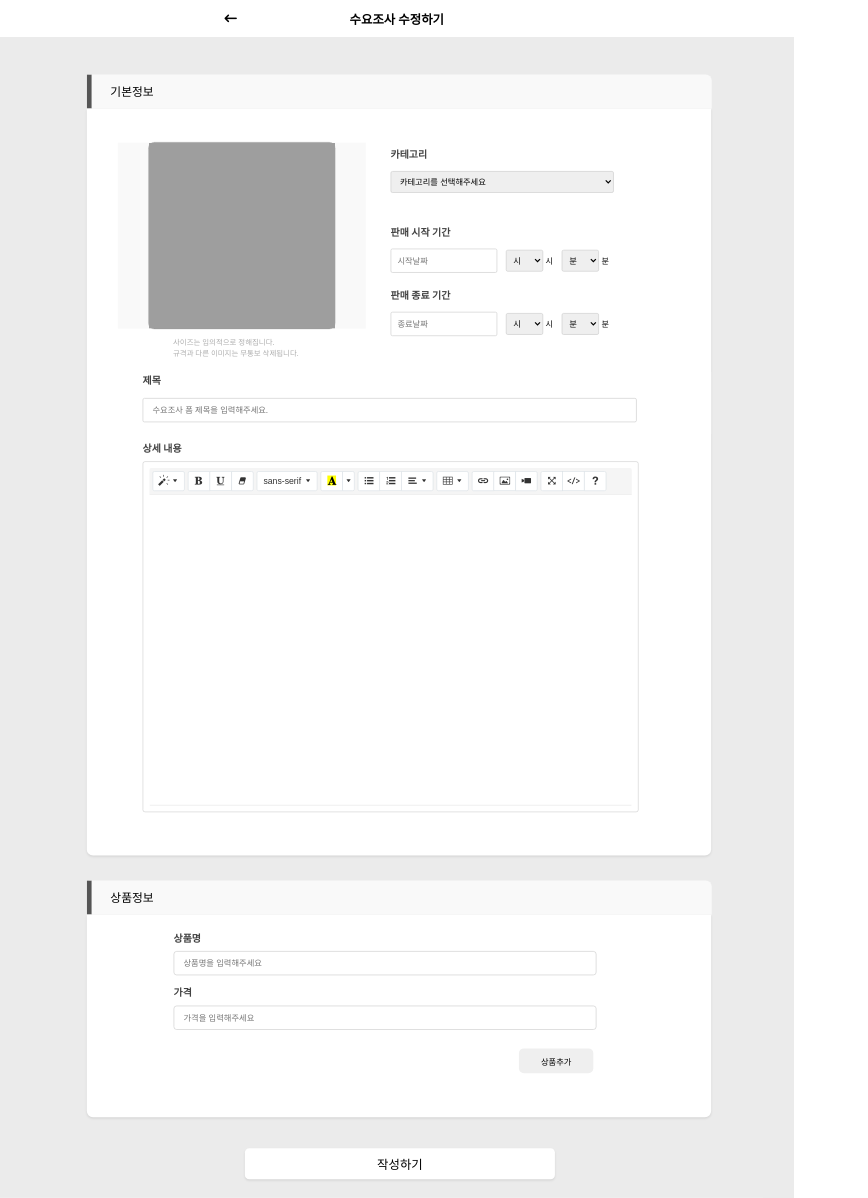
Repository: mmyyt/MASSEL
Page: http://localhost/MASSEL/WEB-INF/views/demandsurvey/dsEdit.jsp
These files come from the project's save history. The page is drawn as it stood at one moment and after the next save; the edit follows.
The browser window is 1280 px wide. The page is 1280 px wide, then 1400 px, so the pictures cover 1400 px, including what lies to the right of the window. The pictures show the whole page, at 62% of full size.
Pictures or frames that could not be fetched are drawn as grey boxes. Some web fonts or font styles are not loaded; a fallback is used. Some web libraries are served in a nearby version. The page is served by Tomcat 9. Nobody is signed in. Other server files are loaded and not shown. The template is opened directly, without the code that normally fills it, so the values that code supplies are empty.

Above is the page before, as saved 2024-11-20 08:43:54.
Console error: SyntaxError: Unexpected token ';'

### MASSEL/src/main/webapp/WEB-INF/views/demandsurvey/dsEdit.jsp
<%@ page language="java" contentType="text/html; charset=UTF-8"
    pageEncoding="UTF-8"%>
<%@ taglib uri="http://java.sun.com/jsp/jstl/core" prefix="c"%>
<%@ taglib uri="http://java.sun.com/jsp/jstl/functions" prefix="fn"%>
<!DOCTYPE html>
<html>
<head>
<meta charset="UTF-8">
<title>Insert title here</title>
<script src="https://code.jquery.com/jquery-3.6.0.min.js"></script>
<script src="https://code.jquery.com/ui/1.12.1/jquery-ui.js"></script>
<link rel="stylesheet" href="/resources/summernote/summernote-lite.css">
<link rel="stylesheet" href="//code.jquery.com/ui/1.12.1/themes/base/jquery-ui.css">
<link rel="stylesheet" href="/resources/css/dsEdit.css">
<script src="https://kit.fontawesome.com/4facc1d037.js" crossorigin="anonymous"></script>
</head>
<body>

<div class="topHeaderWrapper">
	<div class="topHeader">
		<div class="topHeader-arrow">
			<a href="/"><i class="fas fa-light fa-arrow-left-long"></i></a>
		</div>
		<div class="topHeader-title">수요조사 수정하기</div>
	</div>
</div>

<form action="/demandSurvey/edit" method="post" enctype="multipart/form-data">

<input type="hidden" name="dno" value="${dsedto.dsvo.dno }">
<input type="hidden" name="dno" value="${dsedto.dsvo.id }">

<div>
<!-- @@@@@@@@@@@@@@@@수요조사 폼 시작@@@@@@@@@@@@@@@@  -->

	<div class="wrap"><!--wrap  -->

		<div class="saleContent"> <!--폼 내용 -->

				<div class="saleInfoTitle">
					<div>기본정보</div>
				</div>
			<div class="div1"> <!-- 썸네일,카테고리,기간설정 div -->


			<div class="div1Top"> <!--상단부분시작  -->
				<div class="thumbnail">


				<div class="thumbnailDiv">
					<div class="thumbnailArea" id="thumbnailArea">
						<img alt="없음" class="dsimg"
						src="/upload/demandSurveyImg/${fn: replace(dsedto.dsivo.saveDir, '\\','/')}/${dsedto.dsivo.uuid }_${dsedto.dsivo.fileName}">
					</div>

						<input type="file" id="thumbnailFile" name="thumbnailFile" style="display:none;"
								onchange="showThumbnailImg(event)">
				</div><!--썸네일 div끝  -->
				<p class="thumbNailInfo">&nbsp;&nbsp;&nbsp;사이즈는 임의적으로 정해집니다. <br>
				&nbsp;&nbsp;&nbsp;규격과 다른 이미지는 무통보 삭제됩니다.
				</p>

				</div>

				<div class="right-section"><!--썸네일 오른쪽  -->

				<div class="categoryArea"><!--카테고리div  -->
				<div class="categoryTitle">
					<p>카테고리</p>
				</div>

				<div class="category"><!--카테고리div  -->
					<select id="categorySelect" name="categoryId">
						<option value="" disabled selected>카테고리를 선택해주세요</option>
						<option value="1" ${dsedto.dsvo.categoryId == 1 ? 'selected':'' }>애니메이션/만화/웹툰</option>
						<option value="2" ${dsedto.dsvo.categoryId == 2 ? 'selected':'' } >아이돌/연예인</option>
						<option value="3" ${dsedto.dsvo.categoryId == 3 ? 'selected':'' }>드라마</option>
						<option value="4" ${dsedto.dsvo.categoryId == 4 ? 'selected':'' }>영화</option>
						<option value="5" ${dsedto.dsvo.categoryId == 5 ? 'selected':'' }>아이돌</option>
						<option value="6" ${dsedto.dsvo.categoryId == 6 ? 'selected':'' }>게임</option>
						<option value="7" ${dsedto.dsvo.categoryId == 7 ? 'selected':'' }>의류/패션/악세사리</option>
						<option value="8" ${dsedto.dsvo.categoryId == 8 ? 'selected':'' }>도서</option>
						<option value="9" ${dsedto.dsvo.categoryId == 9 ? 'selected':'' }>문구</option>
						<option value="10" ${dsedto.dsvo.categoryId == 10 ? 'selected':'' }>창작캐릭터</option>
						<option value="11" ${dsedto.dsvo.categoryId == 11 ? 'selected':'' }>기타</option>
					</select>
				</div>
				</div><!--카테고리div끝  -->

				<div  class="date"> <!-- 기간설정  -->
				<div>
					<div class="startDate">
					<p class="startDatep">판매 시작 기간</p>
					<div><!--시작날짜-->
						<input type="text" id="startDay" name="startDay" placeholder="시작날짜"
						autocomplete="off" readonly="readonly" value="${startDateStr }">
						<select id="startHour" name="startHour">
							<option value="" selected disabled>시</option>
						</select>&nbsp;<span class="hourtext">시</span>
						<select id="startMinute" name="startMinute">
							<option value="" selected disabled>분</option>
						</select>&nbsp;<span class="minutetext">분</span>
					</div><!--시작날짜 끝  -->
					</div><!--startDate끝  -->

					<div class="endDate">
					<p class="endDatep">판매 종료 기간</p>
					<div><!--종료날짜 -->
						<input type="text" id="endDay" name="endDay" placeholder="종료날짜"
						autocomplete="off" readonly="readonly" value="${endDateStr }">
						<select id="endHour" name="endHour">
							<option value="" selected disabled>시</option>
						</select>&nbsp;<span class="hourtext">시</span>
						<select id="endMinute" name="endMinute">
							<option value ="" selected disabled>분</option>
						</select>&nbsp;<span class="minutetext">분</span>

					</div><!--종료날짜 끝 -->
					</div>
					<!-- <input type="checkbox" id="noEndDate" class="noEndDate"><span class="minutetext">종료기간 설정하지 않음</span> -->
				</div>
				</div><!--기간설정 끝  -->
				</div><!--오른쪽 구역 끝  -->

			</div> <!--상단부분끝  -->

				<div class="title"> <!--제목div  -->
					<div>
						<div class="titleText">제목</div>
						<div class="titleinput">
						 	<input type="text" name="dtitle" class="dtitle" id="dtitle"
						 	placeholder="수요조사 폼 제목을 입력해주세요."
						 	value="${dsedto.dsvo.dtitle }">
						 </div>
					</div>
				</div><!--제목div끝  -->

			<div class="editorDiv"><!--에디터 시작  -->

				<div class="editorTitle"> <!--에디터 타이틀  -->
					상세 내용
				</div>
				<div class="editorContent"><!--summernote editor  -->
				<textarea id="summernote" name="ddetail">
					${dsedto.dsvo.ddetail }
				</textarea>
				</div>
			</div><!--에디터 종료  -->


			</div><!--썸네일, 카테고리, 기간설정 div 끝  -->

			<div class="productInfo"><!--상품 항목 추가 -->
				<div class="productInfoTitle">
					<div>상품정보</div>
				</div>
				<div class="saleProductDiv">

						<div class="saleProductArea">
							<div class="saleProduct">

								<div class="saleProductInfo">


									<div class="productInputDiv">

							 			<div class="productInputDiv_0">
							 				<div class="label1">상품명</div>
							 			<div><input class="productInput" type="text" name="dpname" id="dpname" placeholder="상품명을 입력해주세요"></div>
							 			</div>

							 			<div class="productInputDiv_1">
							 			<div class="p">
							 				<div class="label2">가격</div>
											<div><input class="productInput2" type="text" name="dpprice" id="dpprice" placeholder="가격을 입력해주세요"></div>
								 		</div>
										</div>
										<div class="addListBtn">
											<button type="button" id="addList" class="addList">상품추가</button>
										</div>

							 		</div>

								</div>


							</div>


						</div>






				<!--상품 리스트  -->
					<div class="dsProductList" id="dsProductList">

					</div>


					</div>

				</div>


<div class="submitBtnWrapper">
    <button type="submit" class="submitBtn" id="submitBtn">작성하기</button>
</div>



		</div> <!--saleContent -->

	</div> <!-- wrap  -->
<!-- @@@@@@@@@@@@@@@@수요조사 폼 끝@@@@@@@@@@@@@@@@  -->
</div>

</form>

<script src="/resources/summernote/summernote-lite.js"></script>
<script src="/resources/summernote/lang/summernote-ko-KR.js"></script>
<script>
	//let originalProductList = "${dsedto.dspvo}";

	//let jsonProductList = '<c:out value='${jsonProductList}' />';
	let originalProductList = JSON.parse('${jsonProductList}');
	console.log(originalProductList);

	let dno = ${dno};

	const startHour = ${startHour};
	const startMinute = ${startMinute};
	const endHour = ${endHour};
	const endMinute = ${endMinute};
</script>
<script type="text/javascript" src="/resources/js/dsEdit.js"></script>


</body>
</html>

### MASSEL/src/main/webapp/WEB-INF/views/layout/footer.jsp
<%@ page language="java" contentType="text/html; charset=UTF-8"
    pageEncoding="UTF-8"%>
<%@ taglib uri="http://java.sun.com/jsp/jstl/core" prefix="c"%>
<!DOCTYPE html>
<html>
<head>
<meta charset="UTF-8">
<title>Insert title here</title>
<link rel="stylesheet" type="text/css" href="<c:url value='/resources/css/layout.css'/>">
</head>
<body>

<div class="footer">

		<div class="footerContentCover">
			<div class="footerContentDIv">
				<div class="footerContent">
				 	<p>상호 : MASSEL / 대표 : </p>
					<p>주소 : </p>
					<p>사업자등록번호 :  / 통신판매번호 : <p>
					<p>이메일 :  </p>
				</div>
			</div>
			<div class="footerLogoDiv">
				<div class="footerLogoDivContent">

				</div>
			</div>

			<div class="footerSideDiv">
				<div class="footerSideDivContent">
					<div><a href="/">공지사항</a></div>
					<div><a href="/">이용약관</a></div>
					<div><a href="/">고객센터</a></div>
					<div><a href="/">1:1문의</a></div>
				</div>
			</div>

		</div>

</div>
</body>
</html>

### MASSEL/src/main/webapp/resources/css/layout.css
@import url('https://fonts.googleapis.com/css2?family=Luckiest+Guy&display=swap');

body {
   margin: 0;
   padding: 0;
   font-family: 'MinSans-Regular';
}

@font-face {
    font-family: 'MinSans-Regular';
    src: url('https://fastly.jsdelivr.net/gh/projectnoonnu/noonfonts_2201-2@1.0/MinSans-Regular.woff') format('woff');
    font-weight: normal;
    font-style: normal;
}
input{
	font-family: 'MinSans-Regular';
}

textArea{
	font-family: 'MinSans-Regular';
}

select{
	font-family: 'MinSans-Regular';
}

button{
	font-family: 'MinSans-Regular';
}

a{
	color: black;
	text-decoration: none;

}

a:visited{
	color: black;
	text-decoration: none;
}
a:link{
	color: black;
	text-decoration: none;
}

/*header*/

.navBar{
	width: 100%;
	height : 80px;
	background-color: white;
    top: 0;
    left: 0;
    z-index: 1000;
    position: fixed;
    border-bottom :1px solid white;
   box-shadow: rgba(17, 17, 26, 0.1) 0px 0px 16px;

}

.navWrapper{
	display: flex;

    align-items: center;
    justify-content: space-between;

    padding: 0 50px;
    max-width: 1200px;
    margin: 0 auto;

}

.logo{
	font-family: "Luckiest Guy", cursive;
  	font-weight: 400;
  	font-style: normal;
  	font-size: 35px;
    margin-left: 30px;
    margin-right: 15px;
    margin-top: 10px;

}

.searchDiv{
	display: flex;
    align-items: center;
    flex: 1;
    justify-content: flex-start;
}

.fa-magnifying-glass{
	margin-top: 5px;
	margin-left: 5px;
}

.search{
	border: 1px solid black;
	border-radius : 8px;
	height: 30px;
	padding: 8px;
	margin-left: 100px;
	margin-top: 15px;
	display: flex;
	/* width: 430px; */
}

.searchInput{
	padding-left: 10px;
	padding-right: 5px;
	border: none;
	border-right : 1px solid black;
	background: none;
	font-size: 15px;
	margin-left: 5px;
}

.searchInput:focus{
   outline: none;
}


.searchInput:-webkit-autofill {
   -webkit-box-shadow: 0 0 0 1000px #212529 inset;
   box-shadow: 0 0 0 1000px #212529 inset;
   color: white;
}

.header-searchBtn{
	border: none;
	border-radius: 8px;
	margin-left: 5px;
	cursor: pointer;
	width: 60px;
	height: 30px;
	background-color: #beaae9;
}

/*오른쪽영역*/

/* .nauth-user{
	margin-left: 600px;
	margin-top: 25px;
}
 */
/* .nauth-user button{
	border: none;
	background: none;
	cursor: pointer;
	font-size: 15px;
} */
/* .yauth-user{
	margin-left: 200px;
	margin-top: 23px;
	display: flex;

} */

.nauth-user, .yauth-user {

    display: flex;
    align-items: center;
    gap: 10px;
    margin-left: auto;

}

.nauth-user button, .yauth-user button {
    font-size: 16px;
    padding: 5px 10px;
    border: none;
    background : none;
    cursor: pointer;
    transition: all 0.3s ease;
    margin-top: 10px;
}

.nauth-user button:hover{
	color: #beaae9;
}

@media screen and (max-width: 1024px) {
    .searchDiv {
        display: none; /* 검색없애기 */
    }

    .nauth-user, .yauth-user {
        margin-right: 30px;
        margin-top: 10px;
    }

    .logo {
        margin-left: 30px;
        font-size: 35px;
        margin-top: 15px;
    }
}

@media screen and (max-width: 768px) {

    .navWrapper {
        flex-wrap: nowrap;
        align-items: flex-start;
    }

    .logo {
        margin-left: 20px;
        font-size: 35px;
        /* padding-top: 10px; */
    }

    .nauth-user, .yauth-user {
        margin-right: 20px;
        gap: 5px;
        font-size: 12px;
        margin-top: 10px;
    }
}



.user-icon{
	margin-left: 25px;
	display: flex;
	margin-top: 10px;
}

.bellDiv{

}

#bell{
	font-size: 20px;
	cursor: pointer;

}

.chatDiv{
	margin-left: 20px;
}

#chat{
	font-size: 20px;
	cursor: pointer;
	/* margin-left: 20px; */
}

.chat-dot{
    position: absolute;
    top: 30px;
	margin-left : 18px;
   /* 	right: 5px; */

    width: 8px;
    height: 8px;
    background-color: red;
    border-radius: 50%;
    display: none;
}

.header-userInfo{
	display: flex;
	align-items: center;
	justify-content: center;
	margin-left: 30px;
	margin-bottom: 30px;
	gap : 10px;

	position: relative;
}

.header-userImg{
	width: 35px;
	height: 35px;
	background-color : white;
	border-radius: 50%;
	cursor: pointer;
	margin-top: 10px;
	position: relative;
	top : 15px;
}

.userProfileImg{
	width: 35px;
	height: 35px;
	object-fit: cover;
	border-radius: 50%;
	position: relative;
	/* top : 20px; */
}

.header-userNickname{

	width: 200px;
	height: 35px;
	white-space: nowrap;
    overflow: hidden;
    text-overflow: ellipsis;
    margin-top: 10px;
    cursor: pointer;
    position: relative;
    top: 20px;
}

.header-registerBtn{
	margin-left: 20px;
}

.header-registerBtn button{
	border: none;
	border-radius: 8px;
	height: 40px;
	width: 90px;
	cursor: pointer;
	background-color: #beaae9;
	font-weight: bold;
	font-size: 15px;
}



/*닉네임 dropdown*/
.dropdown-menu{
	display: none;
	position: absolute;
    top: 160%;
    left: 0;
    background-color: white;
    border: 1px solid #ccc;
    border-radius : 7px;
    box-shadow: 0 4px 8px rgba(0, 0, 0, 0.1);
    padding: 10px;
    z-index: 100;

}

.dropdown-menu a {
    display: block;
    padding: 8px;
    color: black;
    text-decoration: none;
}

.dropdown-menu a:hover {
    background-color: #f0f0f0;
}


.dropdown-info, .dropdown-sale, .dropdown-buy{
	cursor: default;
	margin-left: 7px;
	margin-top: 5px;
	margin-bottom: 5px;
	font-weight: bold;

}


.register-dropdown{
	display: none;
	position: absolute;
    top: 100%;
/*     right: 50px; */
    background-color: white;
    border: 1px solid #ccc;
    border-radius : 7px;
    box-shadow: 0 4px 8px rgba(0, 0, 0, 0.1);
    padding: 10px;
    z-index: 100;

}

.register-dropdown a{
    display: block;
    padding: 8px;
    color: black;
    text-decoration: none;
}

.admin-dropdown{
	display: none;
	position: absolute;
    top: 100%;
/*     right: 50px; */
    background-color: white;
    border: 1px solid #ccc;
    border-radius : 7px;
    box-shadow: 0 4px 8px rgba(0, 0, 0, 0.1);
    padding: 10px;
    z-index: 100;

}

.admin-dropdown a{
    display: block;
    padding: 8px;
    color: black;
    text-decoration: none;
}


.header-adminBtn{
	margin-left: 20px;
}

.header-adminBtn button{
	border: none;
	border-radius: 8px;
	height: 40px;
	width: 90px;
	cursor: pointer;
	background-color: #beaae9;
	font-weight: bold;
	font-size: 15px;
}


/*footer*/


.footer{
  /*  border-top:1px solid #212529; */
   border-top:1px solid white;
   box-shadow: rgba(17, 17, 26, 0.1) 0px 0px 16px;
   width: 100%;
   height: 240px;
   /* background-color: #212529; */
}


.footerContentCover{
	width: 1400px;
	height: 200px;
	margin: 20px auto;
	display: flex;
	justify-content: center;
}



.footerContentDIv{
   width: 600px;
   height: 150px;
   display: inline-block;
   margin: 20px 0px;


}

.footerContent{
	width: 600px;
	height: 150px;
}

.footerContent > p{
	font-size: 13px;
}


.footerLogoDiv{
   width: 300px;
   height: 150px;
   display: inline-block;
      margin: 20px 0px;


}
.footerLogoDivContent{
	width: 300px;
	height: 150px;
}

.footerLogo{
	width: 90px;
	height: auto;
	margin-top: 25%;
	margin-left: 20%;
}


.footerSideDiv{
   width: 400px;
   height: 150px;
   display: inline-block;
      margin: 20px 0px;

}

.footerSideDivContent{
	width: 400px;
	height: 50px;
	margin-top: 20%;


}
.footerSideDivContent > div{
	width: 70px;

	display: inline-block;
}


.footerSideDivContent > div > a{
	text-decoration: none;
	color: black;
}

Loaded but not shown: MASSEL/src/main/webapp/resources/summernote/summernote-lite.js (library); MASSEL/src/main/webapp/resources/js/dsEdit.js (642 lines, source omitted); MASSEL/src/main/webapp/resources/summernote/lang/summernote-ko-KR.js (185 lines, source omitted); MASSEL/src/main/webapp/resources/summernote/summernote-lite.css (1505 lines, source omitted); MASSEL/src/main/webapp/resources/css/dsEdit.css (831 lines, source omitted)

After the next save:
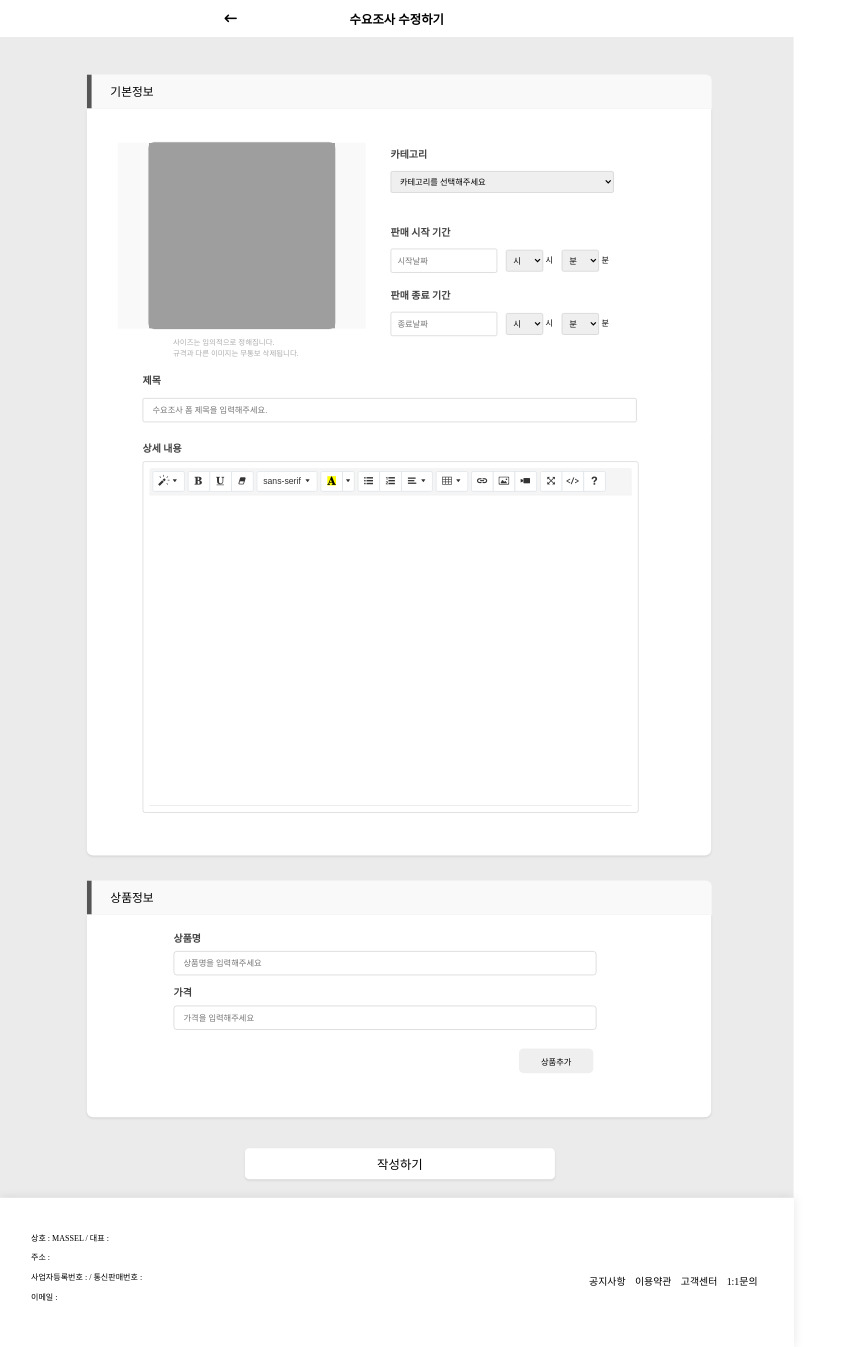
Saved 3 min 17 s later.
--- a/MASSEL/src/main/webapp/WEB-INF/views/demandsurvey/dsEdit.jsp
+++ b/MASSEL/src/main/webapp/WEB-INF/views/demandsurvey/dsEdit.jsp
@@ -219,6 +219,8 @@
 
 </form>
 
+<jsp:include page="../layout/footer.jsp"></jsp:include>
+
 <script src="/resources/summernote/summernote-lite.js"></script>
 <script src="/resources/summernote/lang/summernote-ko-KR.js"></script>
 <script>
